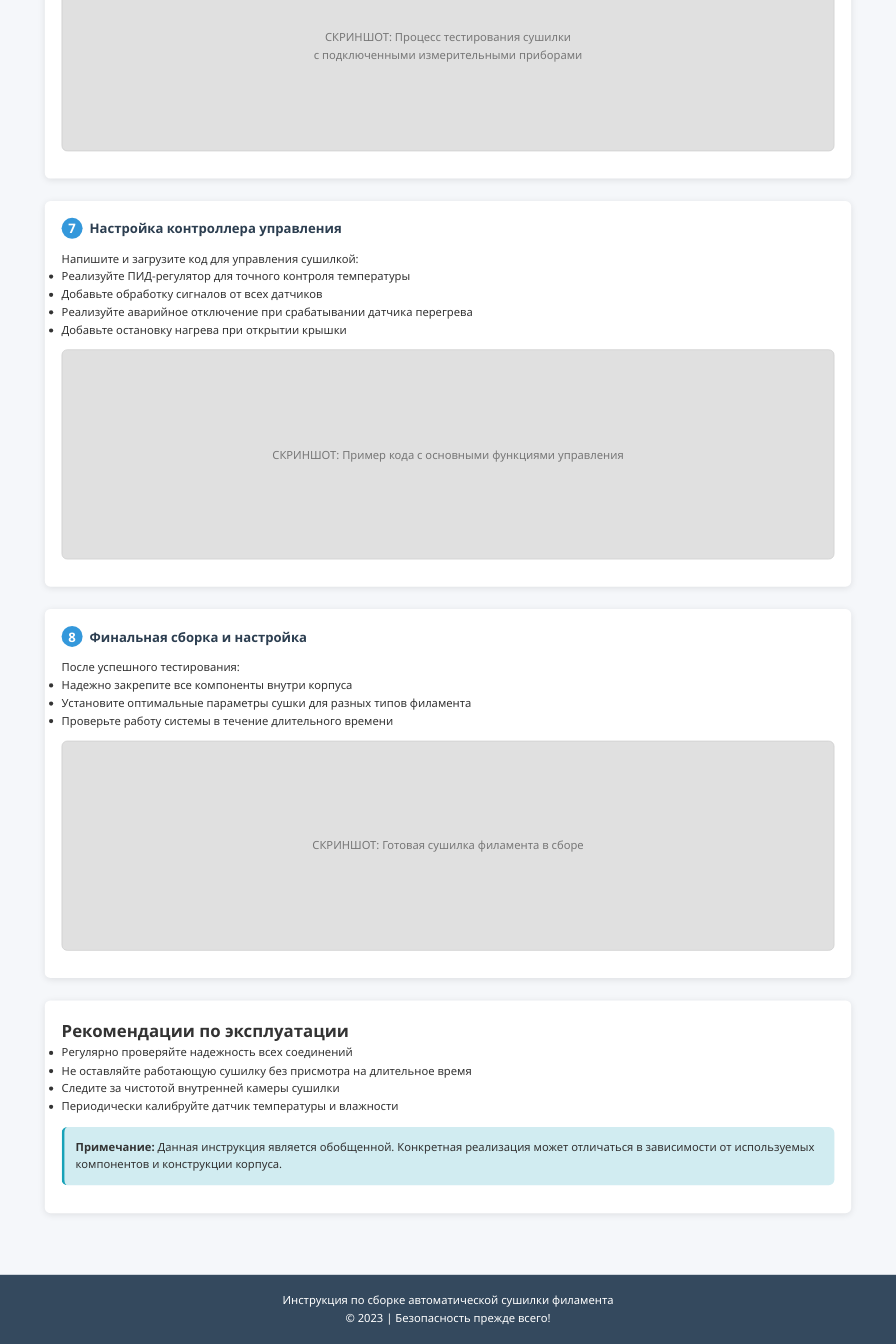
Repository: NikElectronics/MyDryerBot
Page: controller.html
These files come from the project's save history. The page is drawn as it stood at one moment and after the next save; the edit follows.
The browser window is 1280 px wide. The pictures show the part of the page from y = 4143 to 6063 px (the page is 6063 px tall before and 5986 px after), at 70% of full size.

Above is the page before, as saved 2025-10-28 06:17:02.

After the next save:
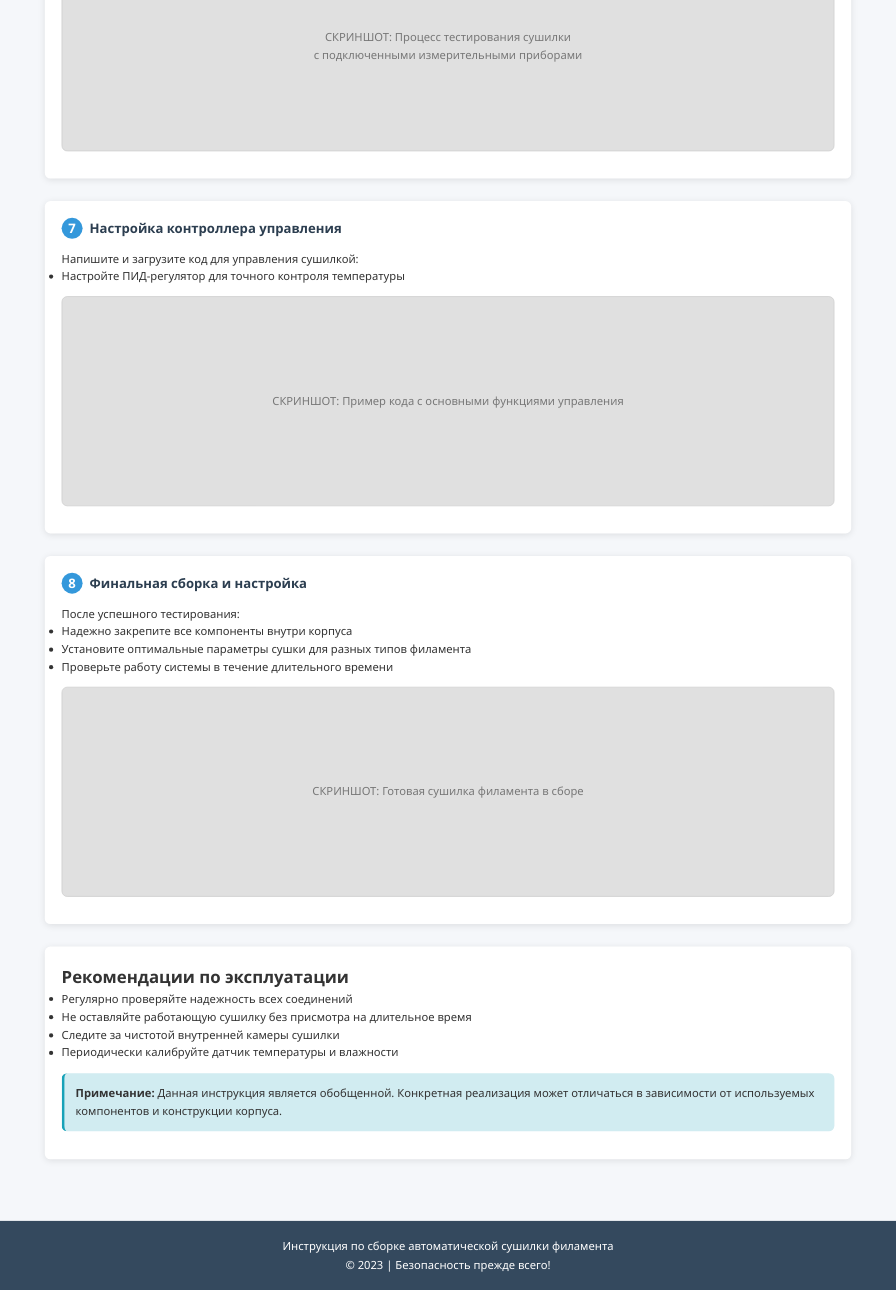
Saved 85 s later.
--- a/controller.html
+++ b/controller.html
@@ -452,10 +452,7 @@
             <h3><span class="step-number">7</span> Настройка контроллера управления</h3>
             <p>Напишите и загрузите код для управления сушилкой:</p>
             <ul>
-                <li>Реализуйте ПИД-регулятор для точного контроля температуры</li>
-                <li>Добавьте обработку сигналов от всех датчиков</li>
-                <li>Реализуйте аварийное отключение при срабатывании датчика перегрева</li>
-                <li>Добавьте остановку нагрева при открытии крышки</li>
+                <li>Настройте ПИД-регулятор для точного контроля температуры</li>
             </ul>
             <div class="screenshot">
                 <div class="screenshot-placeholder">
